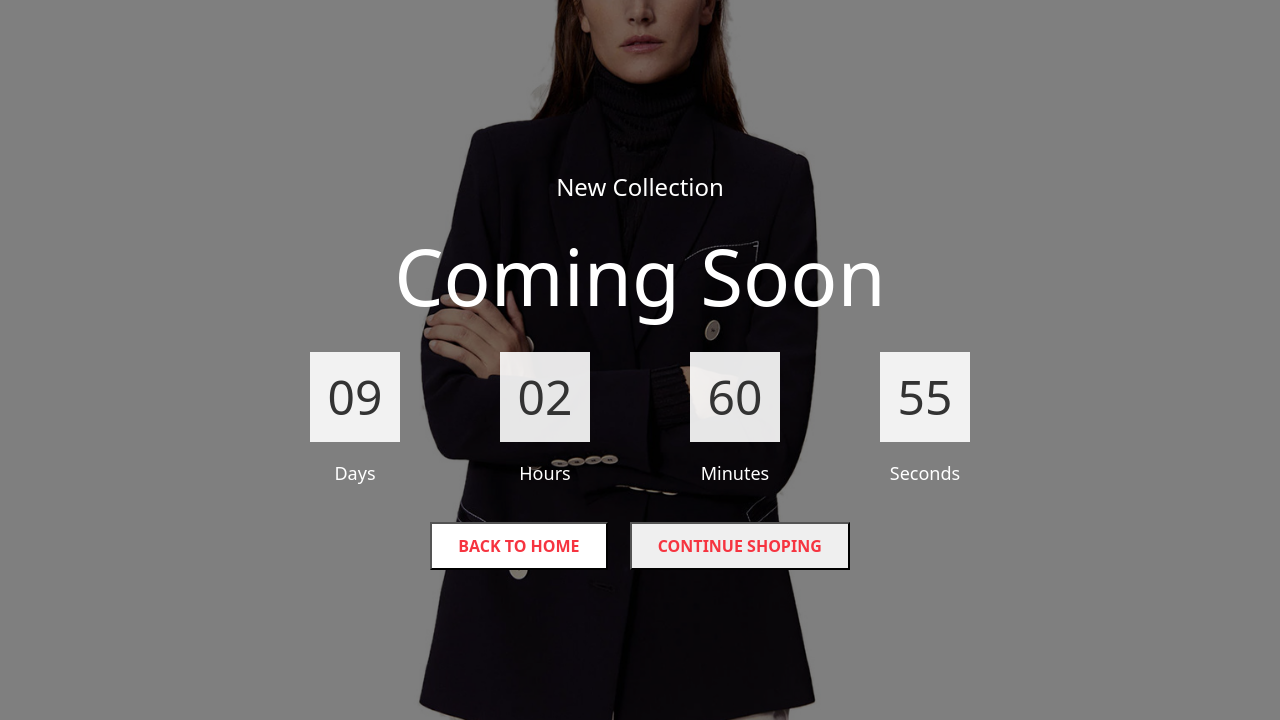
Repository: ST-United-Internship/Modaz-4life
Page: comingsoon&FAQ/coming-soon.html
An editor plug-in stored every save of this project. The page is shown before and after the next save, followed by the edit.
The browser window is 1280 px wide. The pictures show the whole page.

Above is the page before, as saved 2023-03-22 10:10:48.

### comingsoon&FAQ/coming-soon.html


<!DOCTYPE html>
<html lang="en">
<head>
    <meta charset="UTF-8">
    <meta http-equiv="X-UA-Compatible" content="IE=edge">
    <meta name="viewport" content="width=device-width, initial-scale=1.0">
    <link rel="stylesheet" type="text/css" href="css/comming-soon.css">
    <link href="https://cdn.jsdelivr.net/npm/bootstrap@5.3.0-alpha1/dist/css/bootstrap.min.css" rel="stylesheet" integrity="sha384-GLhlTQ8iRABdZLl6O3oVMWSktQOp6b7In1Zl3/Jr59b6EGGoI1aFkw7cmDA6j6gD" crossorigin="anonymous">
    <title>Document</title>
</head>
<body>
    <section class="my-container">
        <img src="Assets/Images/bg-parallax2.jpg" alt="">
        <header>New Collection</header>
        <p>Coming Soon</p>
        <div class="time-titles">
            <div class="time days">
                <span class="number"></span>
                <span class="title-text">Days</span>
            </div>
            <div class="time hours">
                <span class="number"></span>
                <span class="title-text">Hours</span>
            </div>
            <div class="time minutes">
                <span class="number">09</span>
                <span class="title-text">Minutes</span>
            </div>
            <div class="time seconds">
                <span class="number">09</span>
                <span class="title-text">Seconds</span>
            </div>
        </div>
        <div class="flat-button">
            <button type="button" class="bg-white">BACK TO HOME</button>
            <button type="button">CONTINUE SHOPING</button>
            </div>
       </section>
    </section>

    <script src="./javaScript/ScriptTime.js"></script>
    <script src="https://cdn.jsdelivr.net/npm/@popperjs/core@2.11.6/dist/umd/popper.min.js" integrity="sha384-oBqDVmMz9ATKxIep9tiCxS/Z9fNfEXiDAYTujMAeBAsjFuCZSmKbSSUnQlmh/jp3" crossorigin="anonymous"></script>
    <script src="https://cdn.jsdelivr.net/npm/bootstrap@5.3.0-alpha1/dist/js/bootstrap.min.js" integrity="sha384-mQ93GR66B00ZXjt0YO5KlohRA5SY2XofN4zfuZxLkoj1gXtW8ANNCe9d5Y3eG5eD" crossorigin="anonymous"></script>
</body>
</html>

### comingsoon&FAQ/css/comming-soon.css
*{
    margin: 0;
    padding: 0;
    box-sizing: border-box;

}
.my-container{
    height: 100vh;
    row-gap: 15px;
    width: 100%;
    display: flex;
    justify-content: center;
    flex-direction: column;
    overflow: hidden;
    align-items: center;
    background-color: rgb(0, 0, 0,.5);
}

.my-container img{
    position: absolute;
    height: 100%;
    width: 100%;
    object-fit: cover;
    z-index: -1;
}

.my-container header{
    line-height: 58px;
    color: #fff;
    font-size: 24px;
}

.my-container p{
    color: #fff;
    font-size: 78px;
    line-height: 90px;
    font-weight: 500;
}

.my-container .time-titles{
    display: flex;
    column-gap: 30px;
}

.time-titles .time{
    display: flex;
    align-items: center;
    flex-direction: column;
}

.time .number{
    font-size: 48px;
    font-weight: 500;
    line-height: 90px;
    color: #333;
    width: 90px;
    height: 90px;
    background: rgba(255,255,255,.9);
    text-align: center;
    margin: 0 35px 18px;
    text-transform: capitalize;
}

.time .title-text{
    color: #fff;
}

.time .title-text{
    font-size: 18px;
    text-transform: capitalize;
}

.flat-button{
    /* position: relative;
    max-width: 360px;
    width: 100%; */
    height: 40px;
    margin-top: 20px;

}

.flat-button button{
    padding: 7px 26px;
    font-weight: 700;
    line-height: 30px;
    text-transform: uppercase;
    margin: 0 9px;
    color: #f63440;
}



@media only screen and (max-width: 300px){
     .my-container header{
        font-size: 30px;
    }

}

@media only screen and (max-width: 500px) {
    .my-container p{
        font-size: 40px;
    }
}

@media only screen and (max-width: 665px) {
    .my-container .time-titles{
        display: inline-block;
    }
}

### comingsoon&FAQ/javaScript/ScriptTime.js
const seconds = document.querySelector(".seconds .number");
const minutes = document.querySelector(".minutes .number");
const hours = document.querySelector(".hours .number");
const days = document.querySelector(".days .number");


let secvalues = 60,
    minvalues = 60,
    houvalues = 2,
    dayvalues = 9;

const timeFunc = setInterval(()=>{
    secvalues--;
    if (secvalues === 0) {
        minvalues--
        secvalues = 60;
    }
    if (minvalues === 0) {
        houvalues--
        minvalues = 60;
    }
    if (houvalues === 0) {
        dayvalues--
        houvalues = 60;
    }
    if (dayvalues === 0) {
        clearInterval(timeFunc)
    }
    seconds.textContent = secvalues < 10 ? `0${secvalues}` : secvalues;
    minutes.textContent = minvalues < 10 ? `0${minvalues}` : minvalues;
    hours.textContent = houvalues < 10 ? `0${houvalues}` : houvalues;
    days.textContent = dayvalues < 10 ? `0${dayvalues}` : dayvalues;
    minvalues.textContent = minvalues;
},1000)

After the next save:
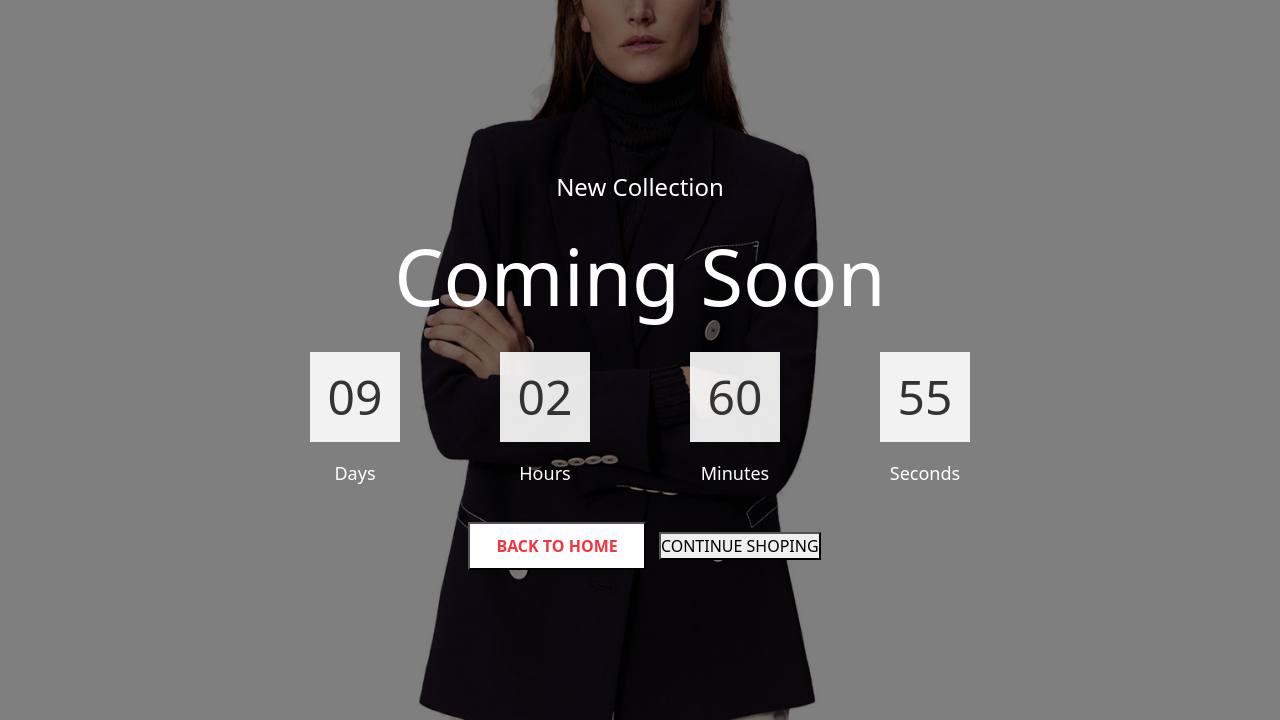
Saved 11 s later.
--- a/comingsoon&FAQ/css/comming-soon.css
+++ b/comingsoon&FAQ/css/comming-soon.css
@@ -79,7 +79,7 @@
 
 }
 
-.flat-button button{
+.flat-button .bg-white{
     padding: 7px 26px;
     font-weight: 700;
     line-height: 30px;
